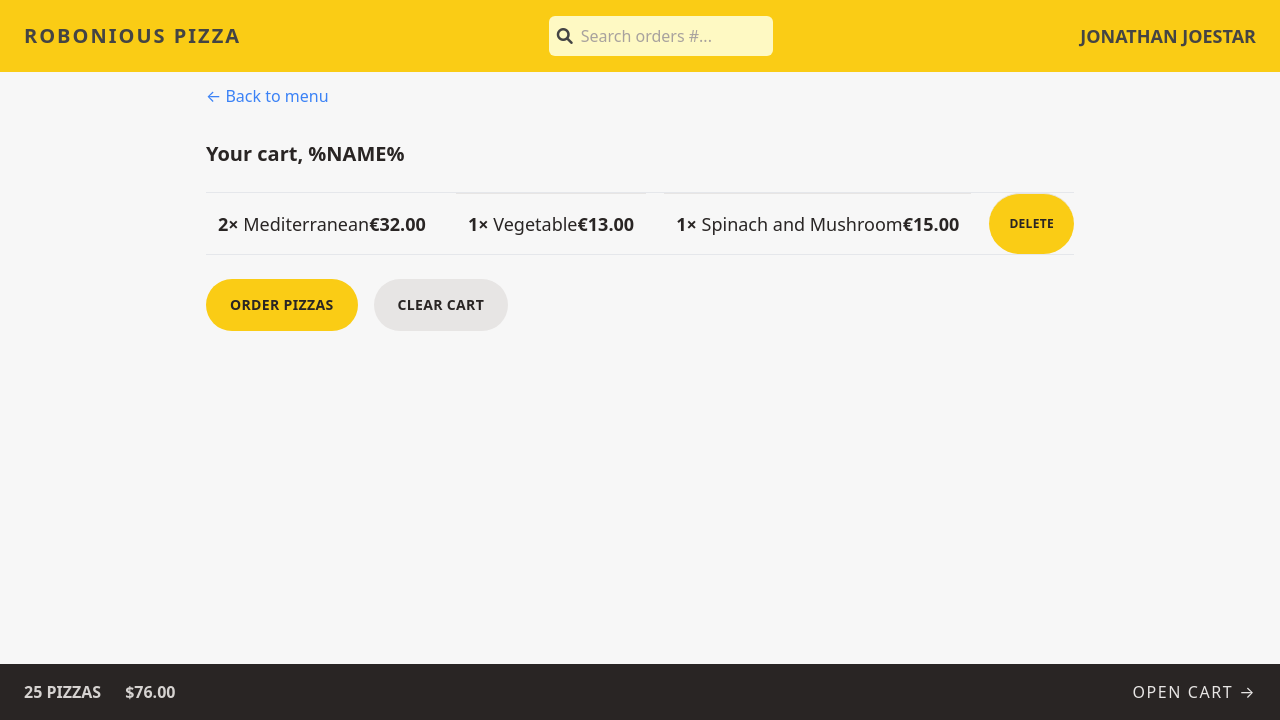
Repository: Alexro04/fast-food
Page: /cart (app in fast-food/)
An editor plug-in stored every save of this project. The page is shown before and after the next save, followed by the edit.
The browser window is 1280 px wide. The pictures show the whole page.
The project was rebuilt for these pictures with package versions that can differ from the ones it lists, and the page was loaded fresh each time. Also part of the build but not shown: fast-food/vite.config.js, fast-food/src/features/user/CreateUser.jsx, fast-food/src/ui/Home.jsx, fast-food/src/ui/Loading.jsx, fast-food/src/utils/apiRestaurant.js, fast-food/src/features/order/OrderItem.jsx, fast-food/src/features/order/Order.jsx, fast-food/src/features/menu/MenuItem.jsx and 3 more.

Above is the page before, as saved 2025-03-14 07:05:15.

### fast-food/index.html
<!doctype html>
<html lang="en">
  <head>
    <meta charset="UTF-8" />
    <link rel="icon" type="image/svg+xml" href="/vite.svg" />
    <link
      rel="stylesheet"
      href="https://cdnjs.cloudflare.com/ajax/libs/font-awesome/6.0.0-beta3/css/all.min.css"
    />
    <meta name="viewport" content="width=device-width, initial-scale=1.0" />
    <title>Vite + React</title>
  </head>
  <body>
    <div id="root"></div>
    <script type="module" src="/src/main.jsx"></script>
  </body>
</html>

### fast-food/src/index.css
@tailwind base;
@tailwind components;
@tailwind utilities;
@layer components {
  .input {
    @apply rounded-full border border-stone-200 px-4 py-2 transition-all duration-300 focus:outline-none focus:ring focus:ring-yellow-300 md:px-6 md:py-3;
  }
}

body {
  font-family:
    system-ui,
    -apple-system,
    BlinkMacSystemFont,
    "Segoe UI",
    Roboto,
    Oxygen,
    Ubuntu,
    Cantarell,
    "Open Sans",
    "Helvetica Neue",
    sans-serif;
  background-color: #f7f7f7;
  color: #444;
}

.layout {
  display: grid;
  grid-template-rows: auto 1fr auto;
  gap: 32px;
  height: 100dvh;
}

/* https://dev.to/afif/i-made-100-css-loaders-for-your-next-project-4eje */
.loader {
  width: 45px;
  aspect-ratio: 0.75;
  --c: no-repeat linear-gradient(#333 0 0);
  background:
    var(--c) 0% 50%,
    var(--c) 50% 50%,
    var(--c) 100% 50%;
  background-size: 20% 50%;
  animation: loading 1s infinite linear;
}

@keyframes loading {
  20% {
    background-position:
      0% 0%,
      50% 50%,
      100% 50%;
  }
  40% {
    background-position:
      0% 100%,
      50% 0%,
      100% 50%;
  }
  60% {
    background-position:
      0% 50%,
      50% 100%,
      100% 0%;
  }
  80% {
    background-position:
      0% 50%,
      50% 50%,
      100% 100%;
  }
}

### fast-food/src/App.jsx
import { createBrowserRouter, RouterProvider } from "react-router-dom"
import Home from "./ui/Home"
import AppLayout from "./ui/AppLayout"
import Cart from './features/cart/Cart'
import Order, { loader as orderLoader } from './features/order/Order'
import Menu, { loader as menuLoader } from './features/menu/Menu'
import Error from './ui/Error'
import CreateOrder, { action as createOrderAction } from "./features/order/CreateOrder"

function App() {
  const router = createBrowserRouter([
    {
      element: <AppLayout />,
      errorElement: <Error />,
      children: [
        {
          path: '/',
          element: <Home />
        },
        {
          path: '/cart',
          element: <Cart />
        },
        {
          path: '/order/:orderId',
          element: <Order />,
          loader: orderLoader,
          errorElement: <Error />
        },
        {
          path: '/order/new',
          element: <CreateOrder />,
          action: createOrderAction
        },
        {
          path: '/menu',
          element: <Menu />,
          loader: menuLoader,
          errorElement: <Error />
        },
      ]
    }
  ])

  return (
    <RouterProvider router={router} />
  )
}

export default App

### fast-food/src/ui/AppLayout.jsx
import { Outlet, useNavigation } from "react-router-dom";
import Header from "./Header";
import Loading from "./Loading";
import Footer from "./Footer";

export default function AppLayout() {
  const navigation = useNavigation();
  const isLoading = navigation.state === "loading";

  return (
    <div className="grid h-screen grid-rows-[auto_1fr_auto]">
      {isLoading && <Loading />}
      <Header />
      <main className="flex overflow-y-scroll">
        <div className="mx-auto w-full max-w-[900px]">
          <Outlet />
        </div>
      </main>
      <Footer />
    </div>
  );
}

### fast-food/src/features/cart/Cart.jsx
import { Link } from "react-router-dom";
import Button from "../../ui/Button";
import CartItem from "./CartItem";

const fakeCart = [
  {
    pizzaId: 12,
    name: "Mediterranean",
    quantity: 2,
    unitPrice: 16,
    totalPrice: 32,
  },
  {
    pizzaId: 6,
    name: "Vegetable",
    quantity: 1,
    unitPrice: 13,
    totalPrice: 13,
  },
  {
    pizzaId: 11,
    name: "Spinach and Mushroom",
    quantity: 1,
    unitPrice: 15,
    totalPrice: 15,
  },
];

function Cart() {
  const cart = fakeCart;

  return (
    <div className="px-4 py-3 text-stone-800">
      <Link to="/menu" className="text-blue-500" font-semibold>
        &larr; Back to menu
      </Link>

      <h2 className="mt-8 text-xl font-semibold">Your cart, %NAME%</h2>
      <ul className="my-6 flex justify-between divide-y divide-stone-200 border-y">
        {cart.map((item) => (
          <CartItem item={item} />
        ))}
        <Button type="small">delete</Button>
      </ul>
      <div className="space-x-4">
        <Button type="primary" to="/order/new">
          Order pizzas
        </Button>
        <Button type="secondary">Clear cart</Button>
      </div>
    </div>
  );
}

export default Cart;

### fast-food/src/ui/Header.jsx
import { Link } from "react-router-dom";
import Search from "./Search";

function Header() {
  return (
    <header className="flex items-center justify-between bg-yellow-400 px-3 py-4 sm:px-6">
      <Link
        to="/"
        className="whitespace-nowrap text-lg font-semibold uppercase tracking-wider sm:tracking-widest md:text-xl"
      >
        Robonious Pizza
      </Link>
      <Search />
      <p className="hidden text-base font-semibold uppercase sm:block md:text-lg">
        Jonathan Joestar
      </p>
    </header>
  );
}

export default Header;

### fast-food/src/ui/Footer.jsx
import { Link } from "react-router-dom";

function Footer() {
  return (
    <div className="flex justify-between bg-stone-800 px-3 py-4 text-sm uppercase text-stone-200 sm:px-6 md:text-base">
      <p className="space-x-2 font-semibold text-stone-300 sm:space-x-6">
        <span>25 pizzas</span>
        <span>$76.00</span>
      </p>
      <Link to="/cart" className="tracking-widest">
        open cart &rarr;
      </Link>
    </div>
  );
}

export default Footer;

### fast-food/src/ui/Button.jsx
import React from "react";
import { Link } from "react-router-dom";

function Button({ children, disabled, type, to }) {
  const base =
    "inline-block tracking-wide disabled:cursor-not-allowed rounded-full transition-colors duration-300 font-semibold uppercase focus:outline-none focus:ring-2 focus:ring-offset-2 ";

  const base_primary =
    base +
    "bg-yellow-400 text-stone-800 hover:bg-yellow-300 focus:bg-yellow-300 focus:ring-yellow-300 ";

  const base_secondary =
    base +
    "bg-stone-200 text-stone-800 hover:bg-stone-800 hover:text-stone-200 focus:bg-stone-800 focus:text-stone-200 focus:ring-stone-800 ";

  const style = {
    primary: base_primary + "px-4 py-3 text-sm md:px-6 md:py-4",
    secondary: base_secondary + "px-4 py-3 text-sm md:px-6 md:py-4",
    small: base_primary + "px-4 py-2 text-xs md:px-5 md:py-2.5",
  };

  if (to)
    return (
      <Link to={to} className={style[type]}>
        {children}
      </Link>
    );

  return (
    <button disabled={disabled} className={style[type]}>
      {children}
    </button>
  );
}

export default Button;

### fast-food/src/features/cart/CartItem.jsx
import { formatCurrency } from "../../utils/helpers";

function CartItem({ item }) {
  const { pizzaId, name, quantity, totalPrice } = item;

  return (
    <li className="flex items-center justify-between px-2 py-3 sm:px-3 sm:py-4 sm:text-lg">
      <p>
        <span className="font-semibold">{quantity}&times;</span> {name}
      </p>
      <div className="font-semibold">
        <p>{formatCurrency(totalPrice)}</p>
      </div>
    </li>
  );
}

export default CartItem;

### fast-food/src/ui/Search.jsx
import { useState } from "react";
import { useNavigate } from "react-router-dom";

function Search() {
  const [query, setQuery] = useState("");
  const navigate = useNavigate();

  function handleSubmit(e) {
    e.preventDefault();
    if (!query) return;
    navigate(`/order/${query}`);
    setQuery("");
  }

  return (
    <form onSubmit={handleSubmit} className="relative flex items-center">
      <i class="fas fa-search absolute left-2"></i>
      <input
        type="text"
        value={query}
        onChange={(e) => setQuery(e.target.value)}
        placeholder="Search orders #..."
        className="duration- rounded-md bg-yellow-100 py-2 pl-8 pr-4 transition-all placeholder:text-stone-400 focus:outline-none focus:ring focus:ring-yellow-500 focus:ring-opacity-50 sm:w-56 sm:focus:w-72 sm:focus:ring"
      />
    </form>
  );
}

export default Search;

Loaded but not shown: fast-food/src/main.jsx (common file); fast-food/src/utils/helpers.js (common file); fast-food/tailwind.config.js (common file)

After the next save:
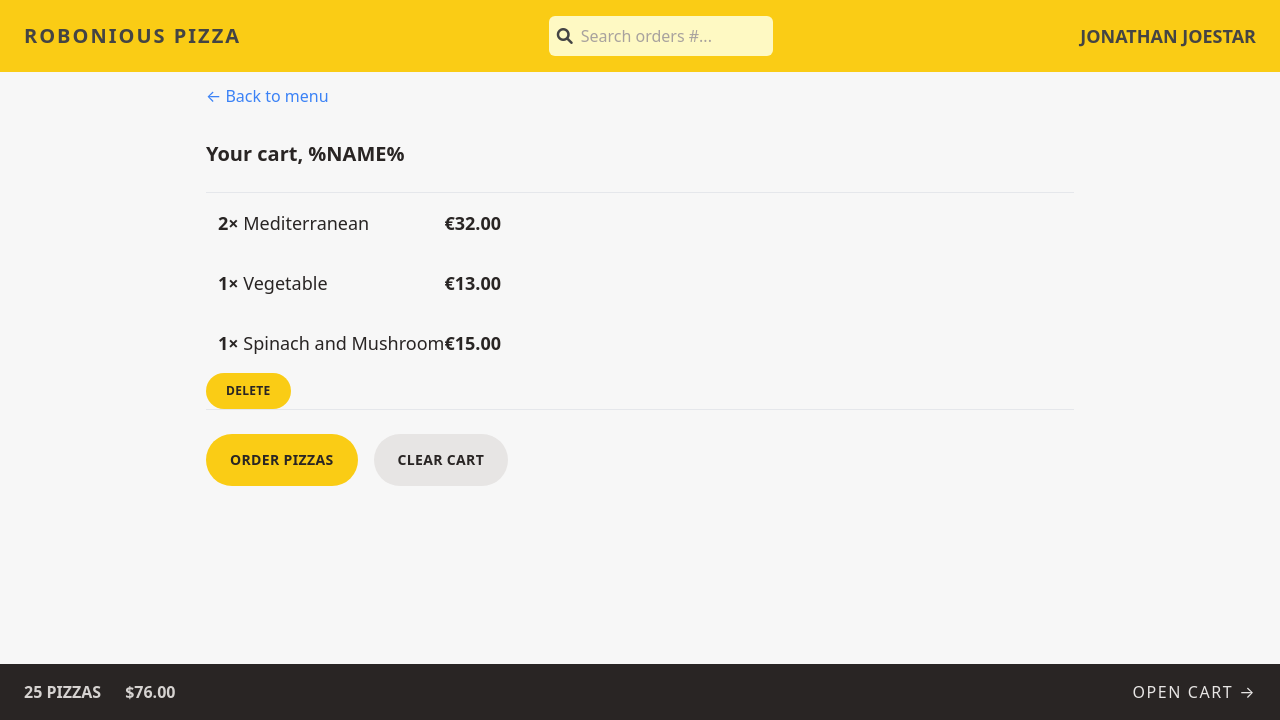
Saved 62 s later.
--- a/fast-food/src/features/cart/Cart.jsx
+++ b/fast-food/src/features/cart/Cart.jsx
@@ -37,10 +37,12 @@ function Cart() {
 
       <h2 className="mt-8 text-xl font-semibold">Your cart, %NAME%</h2>
       <ul className="my-6 flex justify-between divide-y divide-stone-200 border-y">
-        {cart.map((item) => (
-          <CartItem item={item} />
-        ))}
-        <Button type="small">delete</Button>
+        <div>
+          {cart.map((item) => (
+            <CartItem item={item} />
+          ))}
+          <Button type="small">delete</Button>
+        </div>
       </ul>
       <div className="space-x-4">
         <Button type="primary" to="/order/new">
